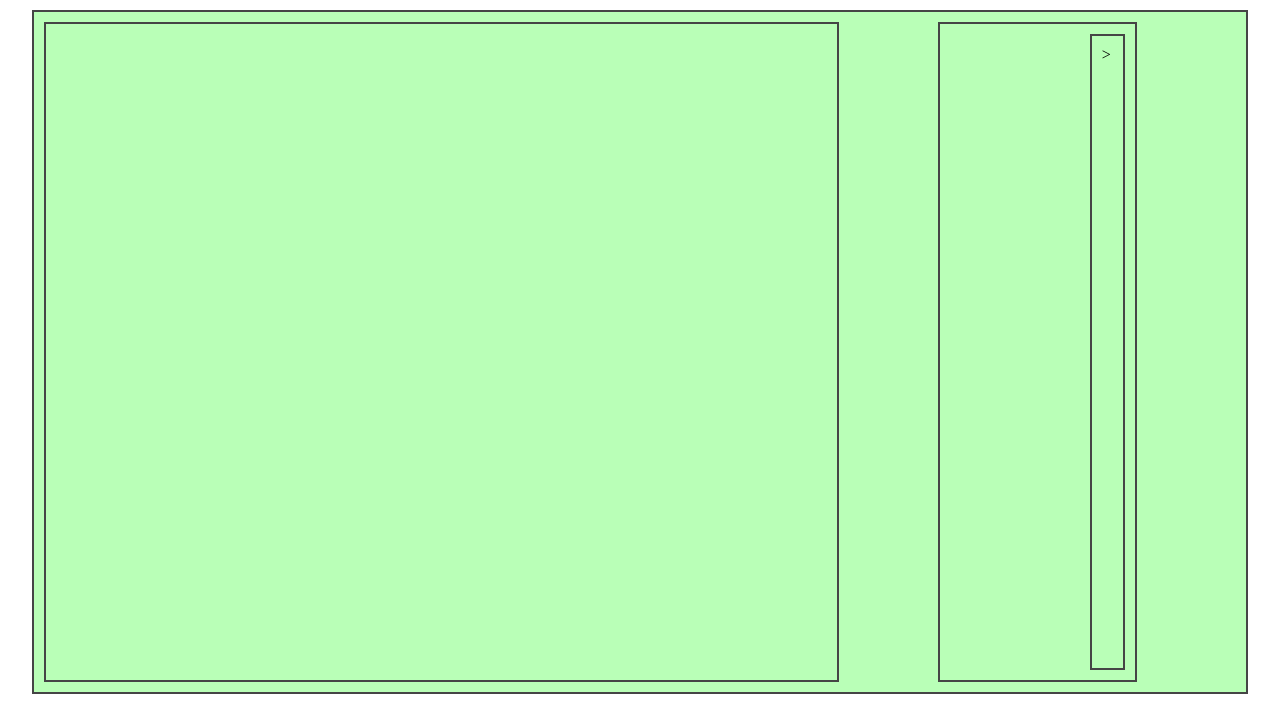
Repository: tannerbroberts/tannerbroberts.github.io
Page: /
These files come from the project's save history. The page is drawn as it stood at one moment and after a run of saves; the edit follows.
The browser window is 1280 px wide. The pictures show the whole page.
The project was rebuilt for these pictures with package versions that can differ from the ones it lists, and the page was loaded fresh each time. Also part of the build but not shown: vite.config.ts.

Above is the page before, as saved 2022-10-04 09:36:29.

After the next 3 saves:
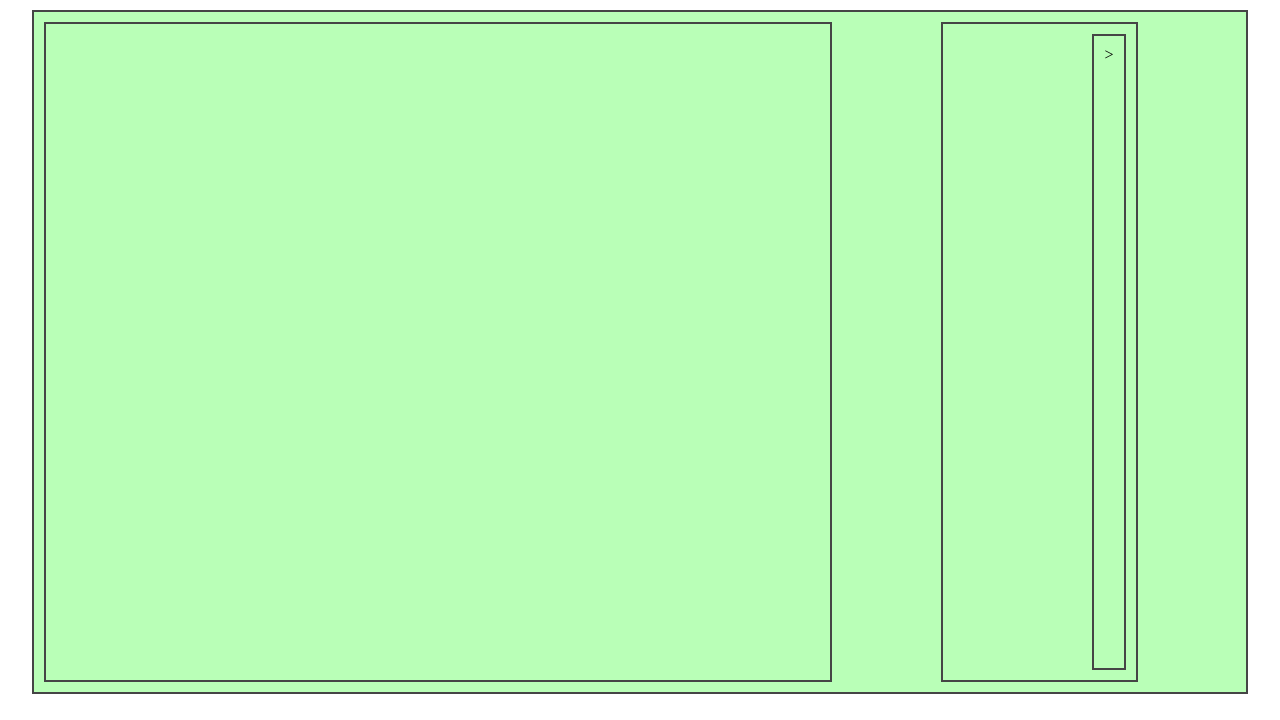
The 3 saves are shown as one change because they came seconds apart.
The last was saved 8 s later.
--- a/src/api/cssHelper.js
+++ b/src/api/cssHelper.js
@@ -1,18 +1,19 @@
 export const cssHelper = {
-    boxSizing: "border-box",
+	boxSizing: "border-box",
 
-    height: "100%",
-    width: "100%",
-    // border: "2px solid black",
-    margin: "auto",
-    padding: "10px",
-    display: "grid",
-    // gridTemplateRows / gridTemplateColumns
-    gridTemplate: "1fr / 1fr",
-    backgroundColor: "rgb(185, 255, 183)",
-    border: "2px solid rgb(69, 69, 69)"
+	height: "100%",
+	width: "100%",
+	// border: "2px solid black",
+	margin: "auto",
+	padding: "10px",
+	gap: "10px",
+	display: "grid",
+	// gridTemplateRows / gridTemplateColumns
+	gridTemplate: "1fr / 1fr",
+	backgroundColor: "rgb(185, 255, 183)",
+	border: "2px solid rgb(69, 69, 69)",
 }
 
 export const mainColor = {
-    backgroundColor: "blue",
+	backgroundColor: "blue",
 }
